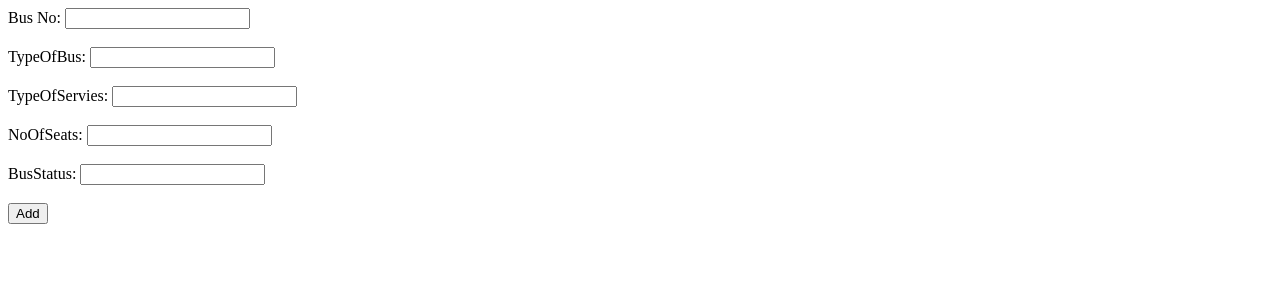
Repository: gummabhargavi/DynWebEjBPoject-AND-server
Page: DynWebEjbBusProject/WebContent/AddTravel.html
The author's editor kept a copy of each file at every save. The page is drawn from the files as they stood at one save, then again after the next save.
The browser window is 1280 px wide. The pictures show the whole page.

Above is the page before, as saved 2022-12-07 07:35:54.

### DynWebEjbBusProject/WebContent/AddTravel.html
<!DOCTYPE html>
<html>
<head>
<meta charset="ISO-8859-1">
<title>Insert title here</title>
</head>
<body>
   <form action="AddTravelServlet">
         Bus No:
           <input type="text" name="bus_no"><br/><br/>
         TypeOfBus:
           <input type="text" name="type_of_bus"><br/><br/>
         TypeOfServies:
           <input type="text" name="type_of_servies"><br/><br/>
         NoOfSeats:
           <input type="text" name="no_of_seat"><br/><br/>
         BusStatus:
           <input type="text" name="bus_status"><br/><br/>

        <input type="submit" value="Add">
      </form>

</body>
</html>

After the next save:
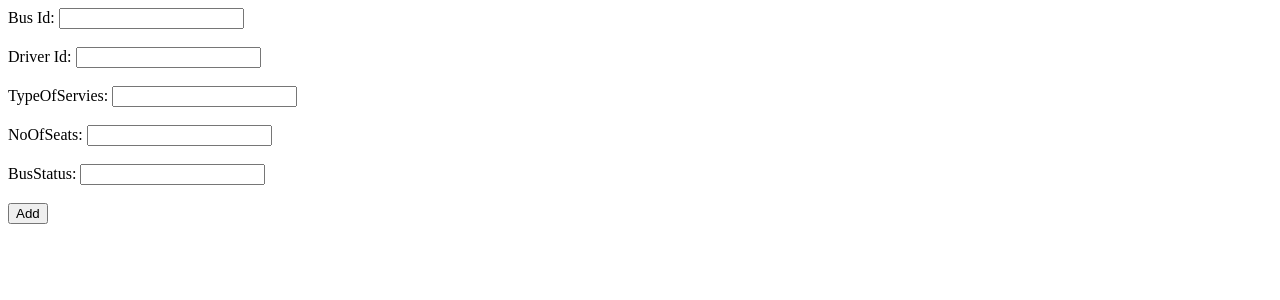
Saved 39 s later.
--- a/DynWebEjbBusProject/WebContent/AddTravel.html
+++ b/DynWebEjbBusProject/WebContent/AddTravel.html
@@ -6,9 +6,9 @@
 </head>
 <body>
    <form action="AddTravelServlet">
-         Bus No:
+         Bus Id:
            <input type="text" name="bus_no"><br/><br/>
-         TypeOfBus:
+         Driver Id:
            <input type="text" name="type_of_bus"><br/><br/>
          TypeOfServies:
            <input type="text" name="type_of_servies"><br/><br/>
